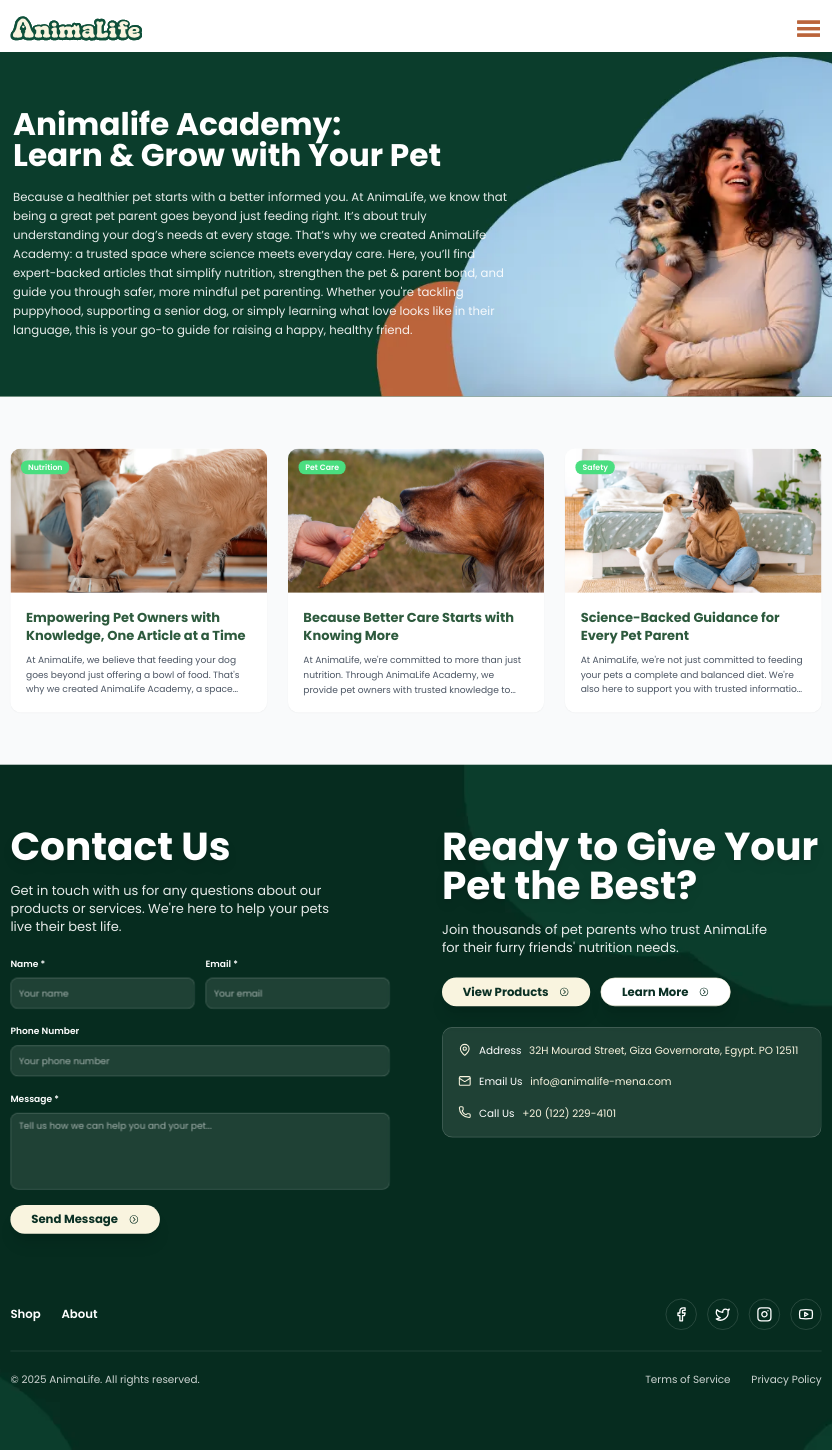
Repository: the-jupiteragency/animalife
Page: /academy
The author's editor kept a copy of each file at every save. The page is drawn from the files as they stood at one save, then again after the next save.
The browser window is 1280 px wide. The pictures show the whole page, at 65% of full size.
The project was rebuilt for these pictures with package versions that can differ from the ones it lists, and the page was loaded fresh each time. The framework's server and built-in components were replaced by stand-ins that run in the browser. Also part of the build but not shown: next.config.mjs.

Above is the page before, as saved 2025-08-05 09:36:19.

After the next save:
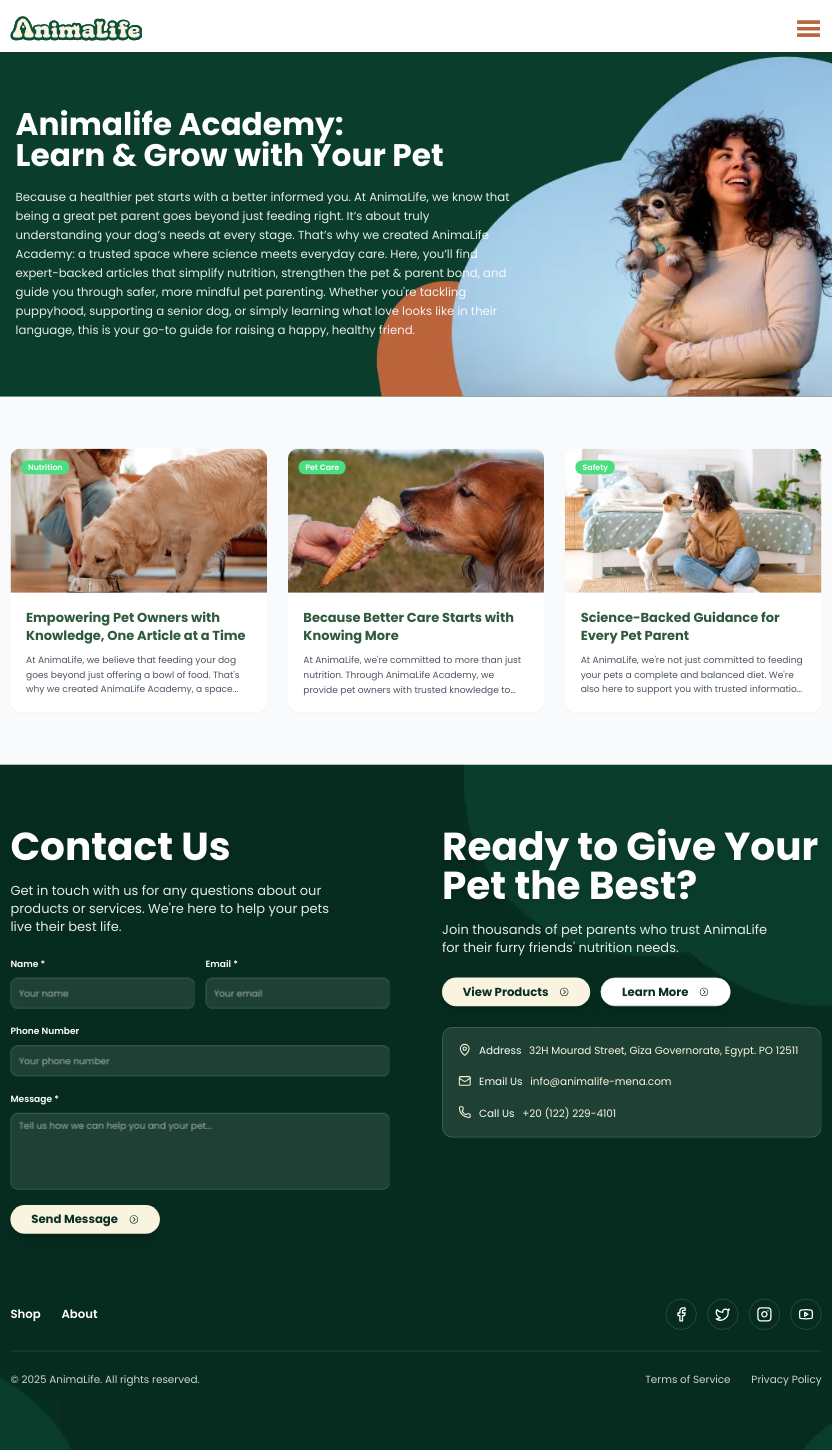
Saved 5 s later.
--- a/app/academy/page.tsx
+++ b/app/academy/page.tsx
@@ -28,7 +28,7 @@
               priority
             />
           </div>
-          <div className="relative z-10 px-5 mx-auto  h-full flex items-center">
+          <div className="relative z-10 px-6 mx-auto  h-full flex items-center">
             <div className="max-w-3xl">
               <h1 className="text-4xl md:text-5xl font-bold text-white mb-6">
                 Animalife Academy:
